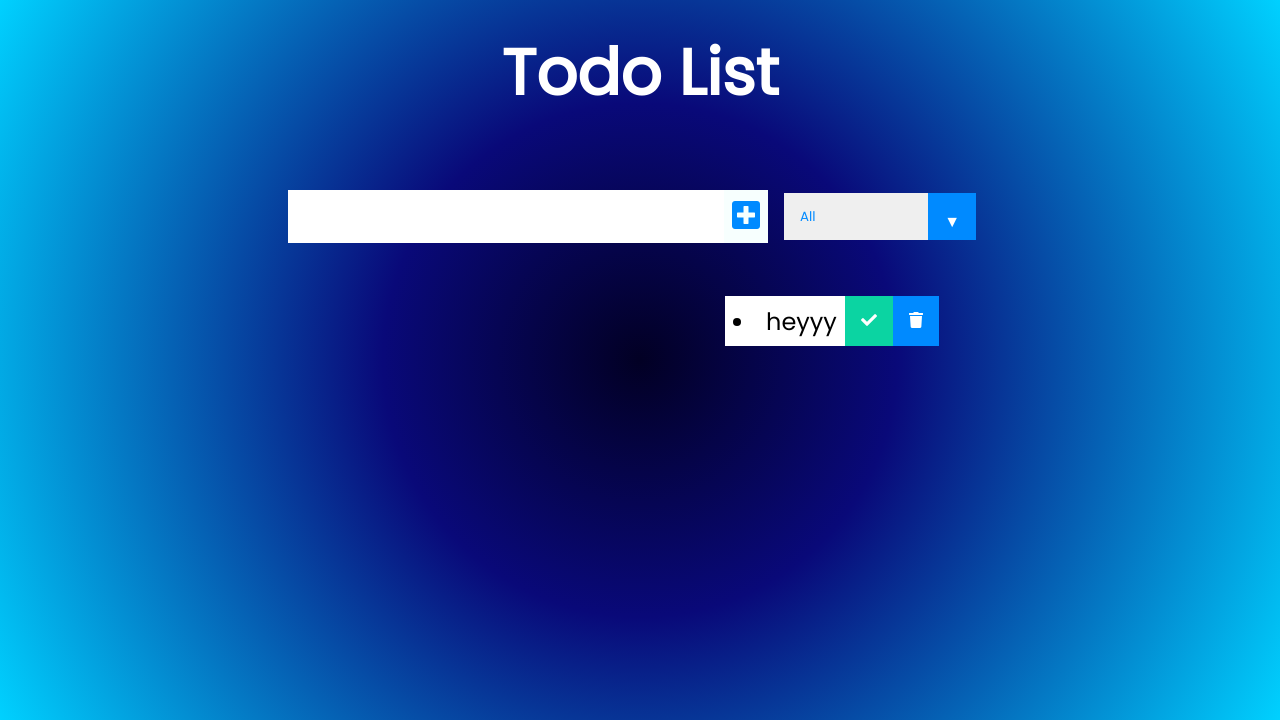
Repository: chellshelove/WADS_Assignment_TodoApp
Page: /
These files come from the project's save history. The page is drawn as it stood at one moment and after the next save; the edit follows.
The browser window is 1280 px wide. The pictures show the whole page.
Some web libraries are served in a nearby version. The project was rebuilt for these pictures with package versions that can differ from the ones it lists, and the page was loaded fresh each time.

Above is the page before, as saved 2023-03-09 20:55:46.

### src/App.js
import React, {useState} from 'react';
import './App.css';
//importing components
import Form from './components/Form';
import TodoList from './components/TodoList';

function App() {
  const [inputText, setInputText] = useState("");
  const [todos, setTodos] = useState([]);
  return (
    <div className="todo-app">
      <header>
        <h1>Todo List</h1>
      </header>
      <Form inputText={inputText} todos={todos} setTodos={setTodos} setInputTtext={setInputText}/>
      <TodoList />
    </div>
  );
}

export default App;

### src/App.css
* {
  margin: 0;
  padding: 0;
  box-sizing: border-box;
}
body {
  background-image: radial-gradient(circle, rgba(2,0,36,1) 0%, rgba(9,9,121,1) 35%, rgba(0,209,255,1) 100%);
  color: white;
  font-family: "Poppins", sans-serif;
  min-height: 100vh;
}
header {
  font-size: 2rem;
}

header,
form {
  min-height: 20vh;
  display: flex;
  justify-content: center;
  align-items: center;
}
form input,
form button {
  padding: 0.5rem;
  font-size: 2rem;
  border: none;
  background: white;
}
form button {
  color: #008aff;
  background: #f7fffe;
  cursor: pointer;
  transition: all 0.3s ease;
}
form button:hover {
  background: #00ddff;
  color: white;
}
.todo-container {
  display: flex;
  justify-content: center;
  align-items: center;
}

.todo-list {
  min-width: 30%;
  list-style: none;
}

.todo {
  margin: 0.5rem;
  background: white;
  font-size: 1.5rem;
  color: black;
  display: flex;
  justify-content: space-between;
  align-items: center;
  transition: all 1s ease;
}
.filter-todo {
  padding: 1rem;
}
.todo li {
  flex: 1;
}

.trash-btn,
.complete-btn {
  background: #008aff;
  color: white;
  border: none;
  padding: 1rem;
  cursor: pointer;
  font-size: 1rem;
}
.complete-btn {
  background: rgb(11, 212, 162);
}
.todo-item {
  padding: 0rem 0.5rem;
}

.fa-trash,
.fa-check {
  pointer-events: none;
}

.fall {
  transform: translateY(10rem) rotateZ(20deg);
  opacity: 0;
}

.completed {
  text-decoration: line-through;
  opacity: 0.5;
}

/*CUSTOM SELECTOR */
select {
  -webkit-appearance: none;
  -moz-appearance: none;
  -ms-appearance: none;
  appearance: none;
  outline: 0;
  box-shadow: none;
  border: 0 !important;
  background-image: none;
}

/* Custom Select */
.select {
  margin: 1rem;
  position: relative;
  overflow: hidden;
}
select {
  color: #008aff;
  font-family: "Poppins", sans-serif;
  cursor: pointer;
  width: 12rem;
}
/* Arrow */
.select::after {
  content: "\25BC";
  position: absolute;
  top: 0;
  right: 0;
  padding: 1rem;
  background: #008aff;
  cursor: pointer;
  pointer-events: none;
}
/* Transition */
/*
.select:hover::after {
  transform: scale(1.5);
}
*/

### src/components/Form.js
import React from 'react'

const Form = ({setInputText, todos, setTodos, inputText}) => {
    const inputTextHandler = (e) => {
        console.log(e.target.value);
        setInputText(e.target.value);
    };
    const submitTodoHandler = (e) => {
        e.preventDefault();
        setTodos = ([
            ...todos, {text: inputText, completed: false, id: Math.random() * 10000},
        ]);
        setInputText("");
    };
    return(
        <form>
      <input
      //value = {inputText}
      onChange={inputTextHandler} type="text" className="todo-input" />
      <button onClick={submitTodoHandler} className="todo-button" type="submit">
        <i className="fas fa-plus-square"></i>
      </button>
      <div className="select">
        <select name="todos" className="filter-todo">
          <option value="all">All</option>
          <option value="completed">Completed</option>
          <option value="uncompleted">Uncompleted</option>
        </select>
      </div>
    </form>
    );
}

export default Form;

### src/components/TodoList.js
import React from 'react';
import Todo from './Todo';

const TodoList = () => {
    return(
        <div className="todo-container">
      <ul className="todo-list"></ul>
      <Todo />
    </div>
    );
};

export default TodoList;

### src/components/Todo.js
import React from 'react'

const Todo = () => {
    return(
        <div className="todo">
            <li className="todo-item">heyyy</li>
            <button className="complete-btn">
                <i className="fas fa-check"></i>
            </button>
            <button  className="trash-btn">
                <i className="fas fa-trash"></i>
            </button>
        </div>
    );
};

export default Todo;

Loaded but not shown: public/index.html (common file); src/index.js (common file)

After the next save:
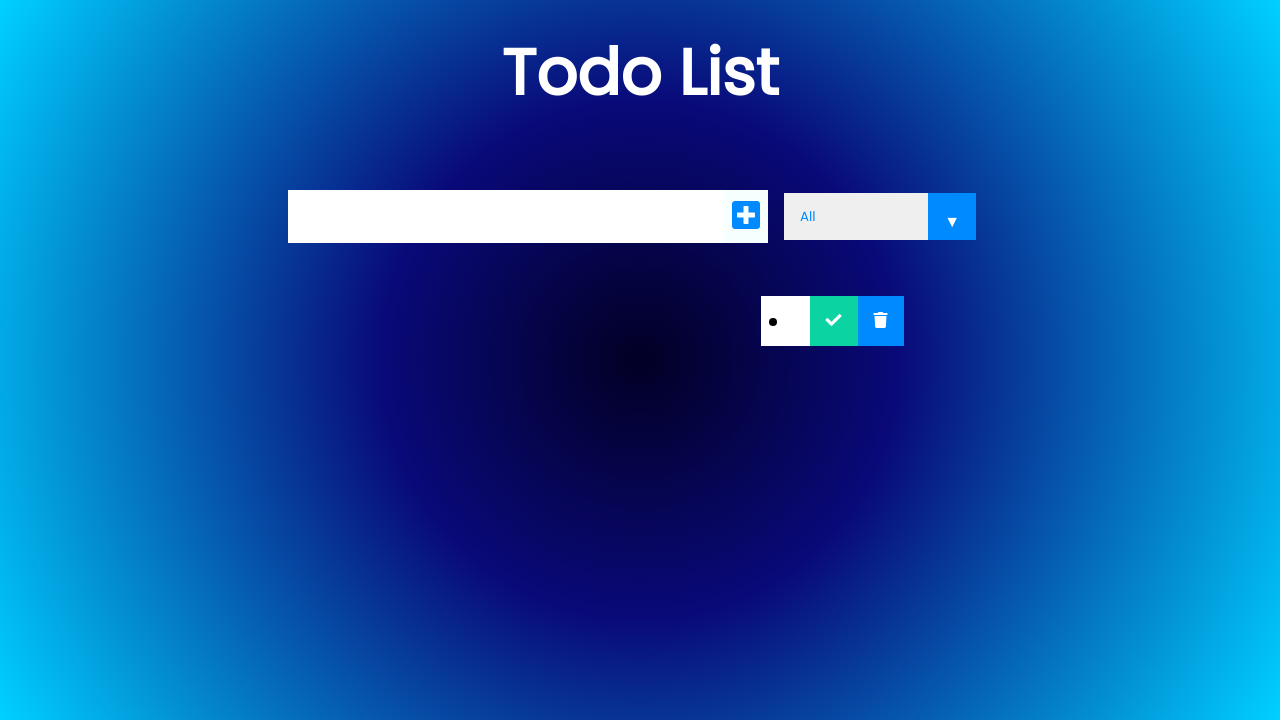
Saved 54 s later.
--- a/src/components/Todo.js
+++ b/src/components/Todo.js
@@ -3,7 +3,7 @@ import React from 'react'
 const Todo = () => {
     return(
         <div className="todo">
-            <li className="todo-item">heyyy</li>
+            <li className="todo-item"></li>
             <button className="complete-btn">
                 <i className="fas fa-check"></i>
             </button>
